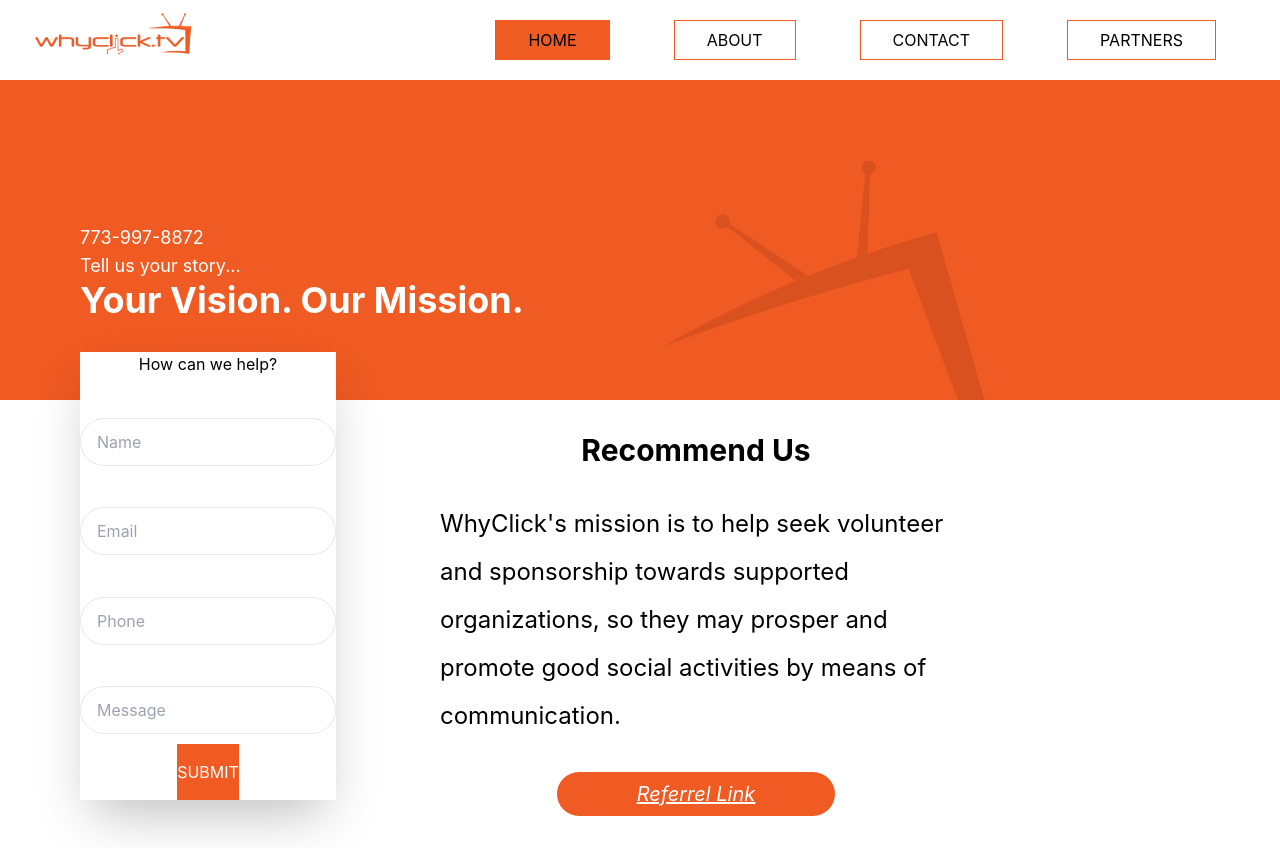
Repository: legenddev1202/whyclicktv
Page: /
These files come from the project's save history. The page is drawn as it stood at one moment and after the next save; the edit follows.
The browser window is 1280 px wide. The pictures show the whole page.
The project was rebuilt for these pictures with package versions that can differ from the ones it lists, and the page was loaded fresh each time. Also part of the build but not shown: src/pages/about.js, src/App.css.

Above is the page before, as saved 2022-03-31 08:34:38.

After the next save:
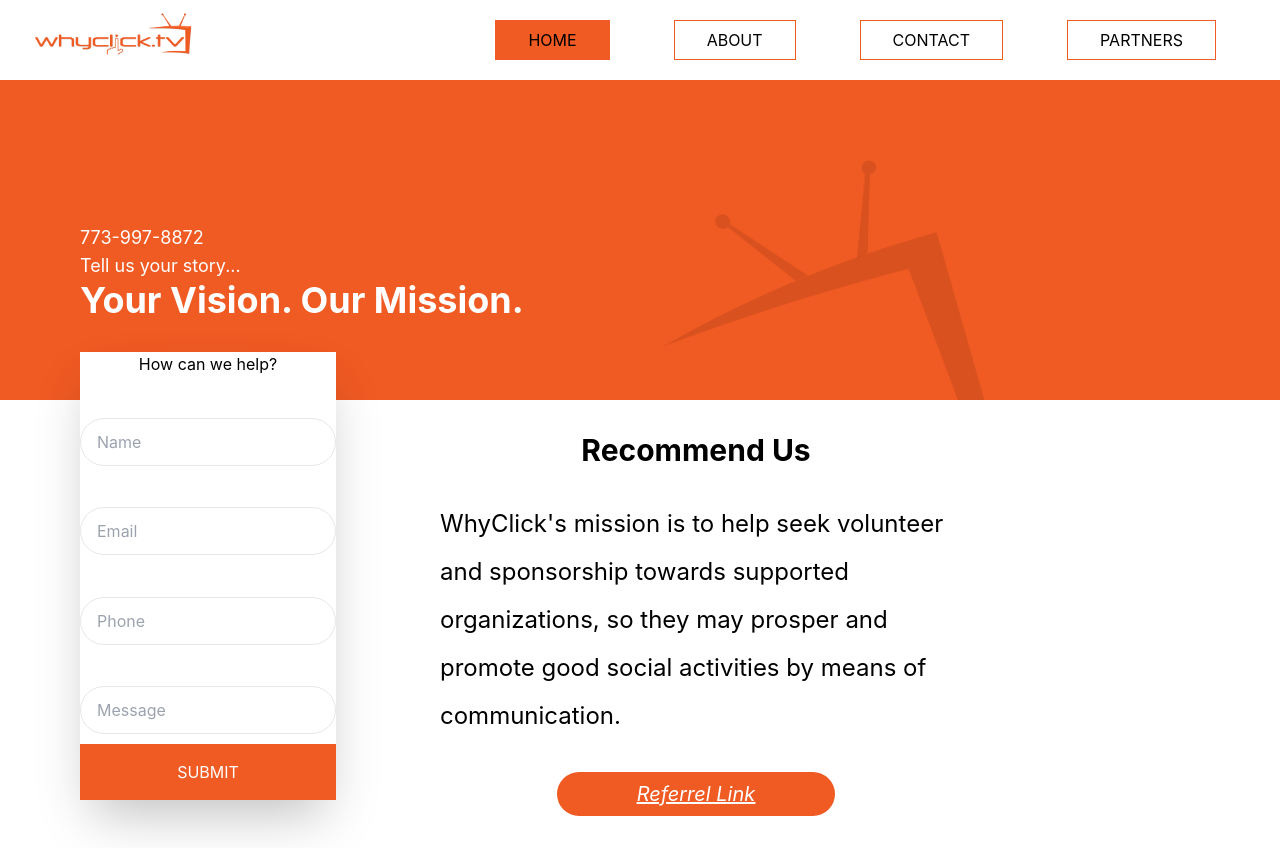
Saved 10 s later.
--- a/src/pages/home.js
+++ b/src/pages/home.js
@@ -98,7 +98,7 @@ function Home() {
             ></input>
           </div>
           <button
-            className="width-full h-14 flex items-center justify-center text-white"
+            className="w-full h-14 flex items-center justify-center text-white"
             style={{ backgroundColor: "#F05A23" }}
           >
             SUBMIT
